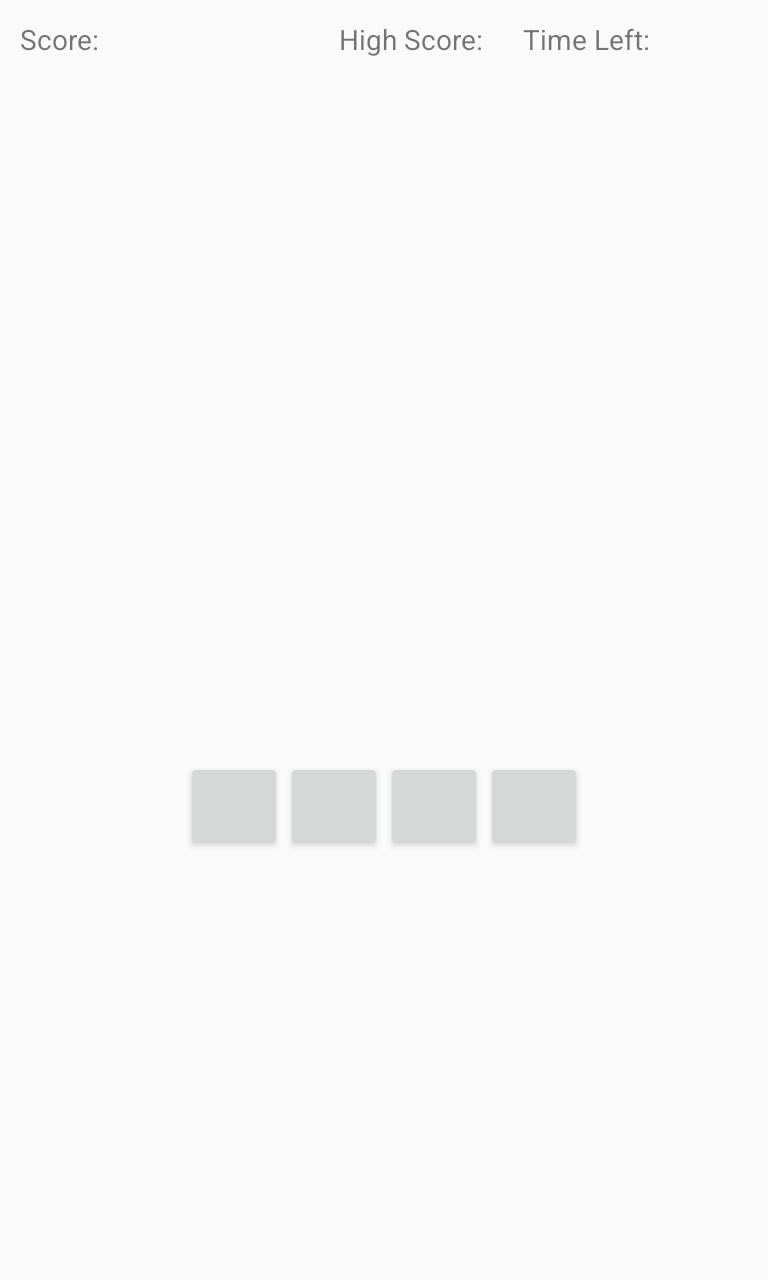
Repository: JoanneCaroll/Mathbomb
Layout: MathBomb/res/layout/activity_startgame.xml
These files come from the project's save history. The layout is drawn as it stood at one moment and after the next save; the edit follows.
It is drawn on a 768 x 1280 px phone screen (xhdpi) without system bars, with theme AppTheme; the app's code is not run.

Above is the layout before, as saved 2014-11-12 11:06:36.

### MathBomb/res/layout/activity_startgame.xml
<LinearLayout xmlns:android="http://schemas.android.com/apk/res/android"
    android:layout_gravity="center"
    android:orientation="vertical"
    android:layout_width="match_parent"
    android:layout_height="match_parent">

	<TableLayout
	    android:layout_width="match_parent"
	    android:layout_height="wrap_content"
	    android:orientation="horizontal">
	    <TableRow>
		    <TextView
		        android:padding="10dp"
		        android:id="@+id/score"
		        android:layout_width="wrap_content"
		        android:layout_height="wrap_content"
		        android:text="@string/score"/>
		    <TextView
		        android:id="@+id/showscore"
		        android:layout_width="100dp"
		        android:layout_height="wrap_content"/>
		    <TextView
		        android:padding="10dp"
		        android:id="@+id/highscore"
		        android:layout_width="wrap_content"
		        android:layout_height="wrap_content"
		        android:text="@string/highscore"/>
		    <TextView
		        android:id="@+id/showhighscore"
		        android:layout_width="wrap_content"
		        android:layout_height="wrap_content"/>
		   <TextView
		        android:padding="10dp"
		        android:id="@+id/time"
		        android:layout_width="wrap_content"
		        android:layout_height="wrap_content"
		        android:text="@string/timeleft"/>
		    <TextView
		        android:id="@+id/showtimeleft"
		        android:layout_width="wrap_content"
		        android:layout_height="wrap_content"/>
	    </TableRow>
	</TableLayout>

    <RelativeLayout
            android:gravity="center"
            android:layout_width="match_parent"
            android:layout_height="wrap_content"
            android:padding="10dp">
	     <TextView
		    android:id="@+id/integer1"
		    android:layout_width="wrap_content"
		    android:layout_height="wrap_content"
		    android:padding="5dp"
		    android:textSize="50dp"/>
		 <TextView
		    android:layout_toRightOf="@id/integer1"
		    android:id="@+id/operator"
		    android:layout_width="wrap_content"
		    android:layout_height="wrap_content"
		    android:padding="5dp"
		    android:textSize="50dp" />
		 <TextView
		    android:layout_toRightOf="@id/operator"
		    android:id="@+id/integer2"
		    android:layout_width="wrap_content"
		    android:layout_height="wrap_content"
		    android:padding="5dp"
		    android:textSize="50dp" />
    </RelativeLayout>

	<TextView
	    	android:layout_gravity="center"
		    android:id="@+id/showresult"
		    android:layout_width="wrap_content"
		    android:layout_height="wrap_content"
		    android:textSize="15dp"
		    android:textStyle="bold"
		    android:padding="5dp" />

	<RelativeLayout
	        android:layout_width="match_parent"
	        android:layout_height="wrap_content"
	        android:gravity="center">
		    <Button
		        android:layout_alignParentBottom="true"
		        android:id="@+id/choice1"
		        android:layout_width="50dp"
		        android:layout_height="wrap_content"/>
		    <Button
		        android:layout_alignParentBottom="true"
		        android:id="@+id/choice2"
		        android:layout_toRightOf="@id/choice1"
		        android:layout_width="50dp"
		        android:layout_height="wrap_content"/>
		    <Button
		        android:layout_alignParentBottom="true"
		        android:id="@+id/choice3"
		        android:layout_toRightOf="@id/choice2"
		        android:layout_width="50dp"
		        android:layout_height="wrap_content"/>
		     <Button
		        android:layout_alignParentBottom="true"
		        android:id="@+id/choice4"
		        android:layout_toRightOf="@id/choice3"
		        android:layout_width="50dp"
		        android:layout_height="wrap_content"/>
	</RelativeLayout>
</LinearLayout>

### MathBomb/res/values/strings.xml
<?xml version="1.0" encoding="utf-8"?>
<resources>

    <string name="app_name">MathBomb</string>
    <string name="action_settings">Settings</string>
    <string name="score">Score: </string>
    <string name="timeleft">Time Left: </string>
    <string name="highscore">High Score: </string>
    <string name="highscoretitle">HIGH SCORE</string>
    <string name="ok">Ok</string>
	<string name="setRange">Choose Range of Numbers: </string>

	<string name="menuplay">Play!</string>
	<string name="menuhighscore">High Score</string>
	<string name="menuhowtoplay">How to Play</string>
	<string name="menusettings">Settings</string>
	<string name="menuexit">Exit</string>

</resources>

Loaded but not shown: MathBomb/res/values/styles.xml (common file); MathBomb/res/values-v11/styles.xml (common file); MathBomb/res/values-v14/styles.xml (common file)

After the next save:
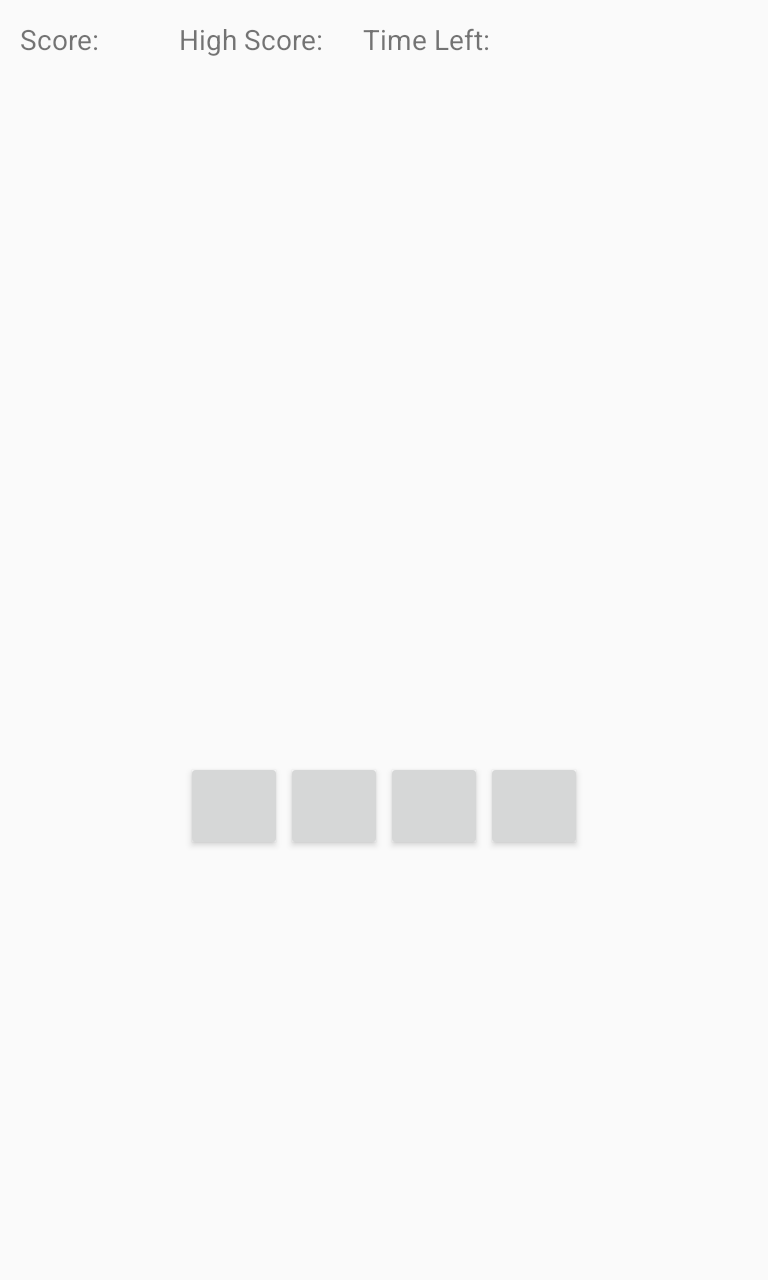
Saved 24 s later.
--- a/MathBomb/res/layout/activity_startgame.xml
+++ b/MathBomb/res/layout/activity_startgame.xml
@@ -17,7 +17,7 @@
 		        android:text="@string/score"/>
 		    <TextView
 		        android:id="@+id/showscore"
-		        android:layout_width="100dp"
+		        android:layout_width="20dp"
 		        android:layout_height="wrap_content"/>
 		    <TextView
 		        android:padding="10dp"
